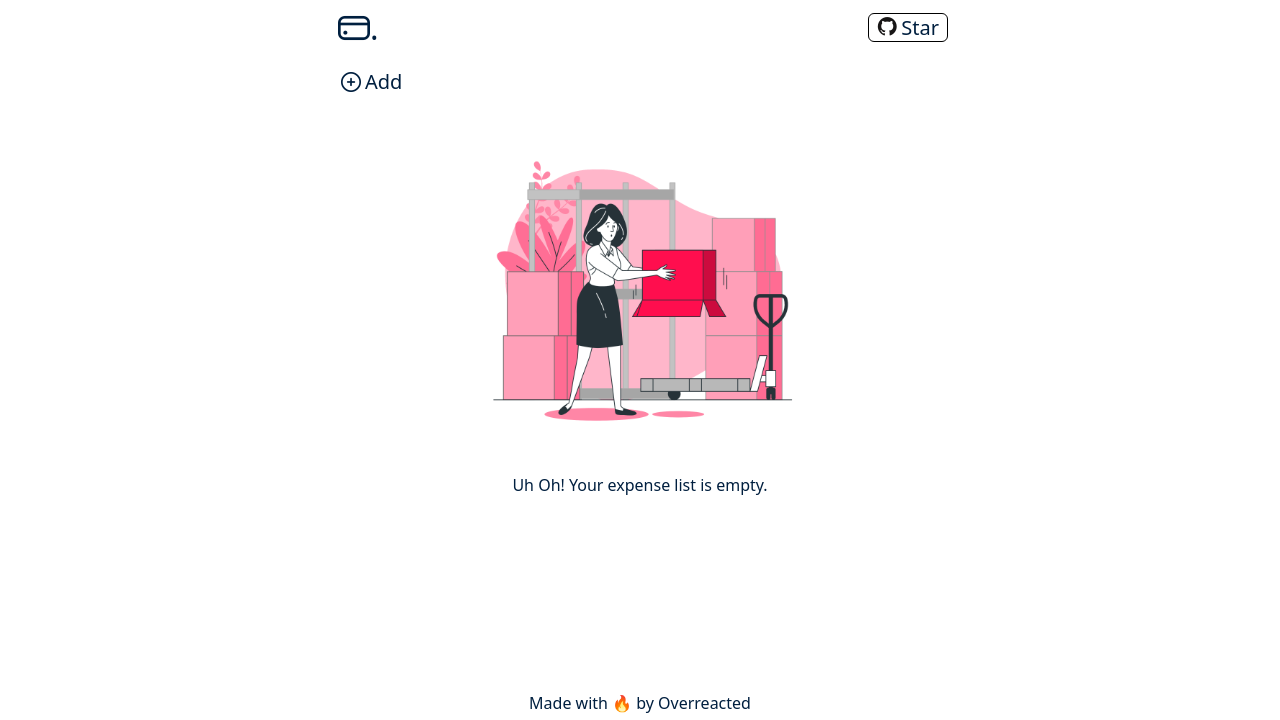
Repository: om1ars/task3
Page: /
An editor plug-in stored every save of this project. The page is shown before and after the next save, followed by the edit.
The browser window is 1280 px wide. The pictures show the whole page.
Some web libraries are served in a nearby version. The project was rebuilt for these pictures with package versions that can differ from the ones it lists, and the page was loaded fresh each time. Also part of the build but not shown: src/constants/add-expense.js, src/components/add-form/add-form.css, src/components/add-form/success-modal.css, src/components/add-form/success-modal.js, src/components/add-form/index.js, src/pages/add-expense/add-expense.css, src/pages/add-expense/index.js, src/components/expense-list/card.css and 1 more.

Above is the page before, as saved 2021-12-18 14:40:17.

### public/index.html
<!DOCTYPE html>
<html lang="en">
  <head>
    <meta charset="utf-8" />
    <link rel="icon" href="%PUBLIC_URL%/favicon.ico" />
    <meta name="viewport" content="width=device-width, initial-scale=1" />
    <meta name="theme-color" content="#000000" />
    <meta name="description" content="SPA to track all your expenses" />
    <link rel="apple-touch-icon" href="%PUBLIC_URL%/logo192.png" />
    <!--
      manifest.json provides metadata used when your web app is installed on a
      user's mobile device or desktop. See https://developers.google.com/web/fundamentals/web-app-manifest/
    -->
    <link rel="manifest" href="%PUBLIC_URL%/manifest.json" />
    <link rel="preconnect" href="https://fonts.googleapis.com" />
    <link rel="preconnect" href="https://fonts.gstatic.com" crossorigin />
    <link
      href="https://fonts.googleapis.com/css2?family=Noto+Sans&display=swap"
      rel="stylesheet"
    />
    <link
      rel="stylesheet"
      href="https://cdn-uicons.flaticon.com/uicons-regular-rounded/css/uicons-regular-rounded.css"
    />
    <link
      rel="stylesheet"
      href="https://cdn.jsdelivr.net/gh/devicons/devicon@v2.12.0/devicon.min.css"
    />
    <title>Xpensr</title>
  </head>
  <body>
    <noscript>You need to enable JavaScript to run this app.</noscript>
    <div id="root"></div>
    <!--
      This HTML file is a template.
      If you open it directly in the browser, you will see an empty page.

      You can add webfonts, meta tags, or analytics to this file.
      The build step will place the bundled scripts into the <body> tag.

      To begin the development, run `npm start` or `yarn start`.
      To create a production bundle, use `npm run build` or `yarn build`.
    -->
  </body>
</html>

### src/index.js
import React from "react";
import ReactDOM from "react-dom";
import "./index.css";
import App from "./App";
import reportWebVitals from "./reportWebVitals";
import { Provider } from "react-redux";
import store from "./redux/store/index";

ReactDOM.render(
  <Provider store={store}>
    <App />
  </Provider>,
  document.getElementById("root")
);

// If you want to start measuring performance in your app, pass a function
// to log results (for example: reportWebVitals(console.log))
// or send to an analytics endpoint. Learn more: https://bit.ly/CRA-vitals
reportWebVitals();

### src/index.css
body {
  margin: 0;
  font-family: "Noto Sans", sans-serif;
  -webkit-font-smoothing: antialiased;
  -moz-osx-font-smoothing: grayscale;
  /* background-color: #71ccca; */
  color: #001f3f;
}
a {
  text-decoration: none;
  color: #001f3f;
}
.button {
  /* background: #71ccca; */
  box-shadow: 20px 20px 60px #60adac, -20px -20px 60px #82ebe8;
}
code {
  font-family: source-code-pro, Menlo, Monaco, Consolas, "Courier New",
    monospace;
}

### src/App.js
import React from "react";
import { BrowserRouter as Router, Route, Switch } from "react-router-dom";
import Footer from "./components/footer";
import Header from "./components/header";
import AddExpense from "./pages/add-expense";
import Home from "./pages/home/index";

const App = () => {
  return (
    <Router>
      <Header />
      <Switch>
        <Route path="/" exact component={Home} />
        <Route path="/add-expense" component={AddExpense} />
      </Switch>
      <Footer />
    </Router>
  );
};

export default App;

### src/redux/store/index.js
import { combineReducers, createStore } from "redux";
import { expenseReducer } from "../reducers/expenses";
const reducer = combineReducers({
  expenses: expenseReducer,
});
const initialState = {};
const store = createStore(reducer, initialState);

export default store;

### src/components/footer/index.js
import React from "react";
import "./footer.css";
const Footer = () => {
  return <footer>Made with 🔥 by Overreacted</footer>;
};

export default Footer;

### src/components/header/index.js
import React from "react";
import "./header.css";
const Header = () => {
  return (
    <div className="header-container">
      <div className="header">
        <div className="header-logo">

          <i class="fi-rr-credit-card" />.
        </div>
        <div className="header-button">
          <a
            href="https://github.com/shuvamk"
            target="_blank"
            rel="noopener noreferrer"
          >
            <i class="devicon-github-original colored" />
            Star
          </a>
        </div>
      </div>
    </div>
  );
};

export default Header;

### src/pages/home/index.js
import React from "react";
import ExpenseList from "../../components/expense-list";
import Footer from "../../components/footer";
import Header from "../../components/header";
import TopFold from "../../components/top-fold";
import "./home.css";
const Home = () => {
  return (
    <div className="home">
      <TopFold />
      <ExpenseList />
    </div>
  );
};

export default Home;

### src/redux/reducers/expenses.js
import {
  ADD_EXPENSE,
  DELETE_EXPENSE,
  SEARCH_EXPENSE,
} from "../action-types/expenses";

const initialList = () => {
  const list = localStorage.getItem("expense-list");
  let expenses = [];
  if (list) {
    expenses = JSON.parse(list);
  }
  return expenses;
};
const initialState = {
  expenseList: initialList(),
  query: "",
};

export const expenseReducer = (state = initialState, action) => {
  switch (action.type) {
    case ADD_EXPENSE: {
      localStorage.setItem(
        "expense-list",
        JSON.stringify([...state.expenseList, action.data])
      );
      return {
        ...state,
        expenseList: [...state.expenseList, action.data],
        query: "",
      };
    }
    case DELETE_EXPENSE: {
      const { data } = action;
      const updatedList = state.expenseList.filter(
        (item) => item.createdAt !== data.createdAt
      );
      localStorage.setItem("expense-list", JSON.stringify(updatedList));
      return {
        ...state,
        expenseList: updatedList,
      };
    }
    case SEARCH_EXPENSE: {
      const { query } = action;
      return {
        ...state,
        query,
      };
    }
    default:
      return {
        ...state,
      };
  }
};

### src/components/footer/footer.css
footer {
  width: 100%;
  position: fixed;
  bottom: 0;
  display: flex;
  justify-content: center;
  align-items: center;
  padding-bottom: 6px;
}

### src/components/header/header.css
.header-container {
  width: 50%;
  margin: auto;
}
.header {
  display: flex;
  justify-content: space-between;
  align-items: center;
  flex: 1;
  margin: 6px 12px;
}
.header-logo {
  display: flex;
  align-items: center;
  font-size: 32px;
  font-weight: 500;
}
.header-logo i {
  display: flex;
  align-items: center;
  margin-left: 6px;
}

.header-button {
  font-size: 20px;
  display: flex;
  justify-content: center;
  align-items: center;
  border: 1px solid black;
  border-radius: 6px;
  padding: 0px 8px;
}
.header-button i {
  margin-right: 4px;
}

@media only screen and (max-width: 1024px) {
  .header-container {
    width: 90%;
  }
  .header-logo {
    font-size: 28px;
  }
  .header-button {
    font-size: 18px;
  }
}

@media only screen and (max-width: 512px) {
  .header-container {
    width: 100%;
  }
  .header-logo {
    font-size: 24px;
  }
  .header-button {
    font-size: 16px;
  }
}

### src/components/top-fold/index.js
import React, { useEffect, useState } from "react";
import { Link, useLocation } from "react-router-dom";
import "./top-fold.css";
import { useDispatch } from "react-redux";
import { searchExpense } from "../../redux/actions/expenses";
const TopFold = () => {
  const [query, setQuery] = useState("");
  const dispatch = useDispatch();
  const handleQuery = (e) => {
    setQuery(e.target.value);
    dispatch(searchExpense(e.target.value));
  };
  return (
    <div className="topfold">
      {window.location.pathname === "/" ? (
        <div className="home-topfold">
          {/* <div className="searchbar">
            <i class="fi-rr-search"></i>
            <input
              placeholder="Search for expenses"
              value={query}
              onChange={(e) => handleQuery(e)}
            />
          </div> */}
          <Link to="/add-expense">
            <div className="add-button">
              <i class="fi-rr-add"></i>
              <label>Add</label>
            </div>
          </Link>
        </div>
      ) : (
        <div className="add-topfold">
          <Link to="/">
            <div className="add-topfold-button">
              <i class="fi-rr-angle-left"></i>
              <label>Back</label>
            </div>
          </Link>
          <Link to="/">
            <div className="add-topfold-button">
              <i class="fi-rr-cross-circle"></i>
              <label>Cancel</label>
            </div>
          </Link>
        </div>
      )}
    </div>
  );
};

export default TopFold;

### src/components/expense-list/index.js
import React, { useEffect, useState } from "react";
import { useSelector } from "react-redux";
import { toast, ToastContainer } from "react-toastify";
import Card from "./card";
import "./expense-list.css";
const ExpenseList = () => {
  const { expenseList: list, query } = useSelector((state) => state.expenses);
  const filteredList = list.filter((item) => item.title.includes(query));

  const notifySuccess = () => toast.success("Expense Deleted!");
  return (
    <div className="expense-list">
      <ToastContainer
        position="bottom-left"
        autoClose={1500}
        hideProgressBar={false}
        newestOnTop={false}
        closeOnClick
      />
      {filteredList.length ? (
        filteredList.map((item) => (
          <Card item={item} notifySuccess={notifySuccess} />
        ))
      ) : (
        <div className="empty-state">
          <img
            src={require("../../assets/images/empty.png").default}
            alt="No Expenses"
            className="empty-image"
          />
          <label>Uh Oh! Your expense list is empty.</label>
        </div>
      )}
    </div>
  );
};

export default ExpenseList;

### src/pages/home/home.css
.home {
  width: 50%;
  margin: auto;
}

@media only screen and (max-width: 1024px) {
  .home {
    width: 90%;
  }
}

@media only screen and (max-width: 512px) {
  .home {
    width: 100%;
  }
}

### src/redux/action-types/expenses.js
export const ADD_EXPENSE = "ADD_EXPENSE";

export const DELETE_EXPENSE = "DELETE_EXPENSE";

export const SEARCH_EXPENSE = "SEARCH_EXPENSE";

### src/redux/actions/expenses.js
import {
  ADD_EXPENSE,
  DELETE_EXPENSE,
  SEARCH_EXPENSE,
} from "../action-types/expenses";

export const addExpense = (data) => {
  return {
    type: ADD_EXPENSE,
    data,
  };
};

export const deleteExpense = (data) => {
  console.log(data, "Action");
  return {
    type: DELETE_EXPENSE,
    data,
  };
};

export const searchExpense = (query) => {
  console.log(query);
  return {
    type: SEARCH_EXPENSE,
    query,
  };
};

### src/components/top-fold/top-fold.css
.topfold {
  display: flex;
  justify-content: space-between;
  margin: 6px 12px;
  padding: 12px 0px;
  align-items: center;
}
.home-topfold {
  display: flex;
  justify-content: space-between;
  flex: 1;
}
.searchbar {
  display: flex;
  align-items: center;
  width: 50%;
  background-color: white;
  border-radius: 12px;
}
.searchbar input {
  width: 80%;
  outline: none;
  padding: 8px 0px;
  border: none;
  margin-left: 6px;
  background-color: white;
}

.searchbar i {
  display: flex;
  align-items: center;
  margin-left: 6px;
}

.add-button {
  display: flex;
  align-items: center;
  border-radius: 4px;
  border: 1px solid white;
  font-size: 20px;
  padding: 0px 8px;
  border-radius: 6px;
  cursor: pointer;
}

.add-button i {
  display: flex;
  align-items: center;
  margin-right: 4px;
}
.add-topfold {
  display: flex;
  justify-content: space-between;
  flex: 1;
}
.add-topfold-button {
  display: flex;
  align-items: center;
  font-size: 18px;
  cursor: pointer;
}
.add-topfold-button i {
  display: flex;
  align-items: center;
  margin-right: 4px;
}

@media only screen and (max-width: 1024px) {
  .add-button {
    font-size: 18px;
  }
  .searchbar {
    width: 70%;
  }
}

@media only screen and (max-width: 512px) {
  .add-button {
    font-size: 16px;
  }
}

### src/components/expense-list/expense-list.css
.expense-list {
  margin: 6px 12px;

  display: flex;
  flex-direction: column;
  flex: 1;
}
.empty-state {
  display: flex;
  justify-content: center;
  align-items: center;
  flex-direction: column;
}
.empty-image {
  height: 360px;
}

@media only screen and (max-width: 1024px) {
  .empty-image {
    height: 320px;
  }
}

@media only screen and (max-width: 512px) {
  .empty-image {
    height: 240px;
  }
}

Loaded but not shown: src/reportWebVitals.js (common file)

After the next save:
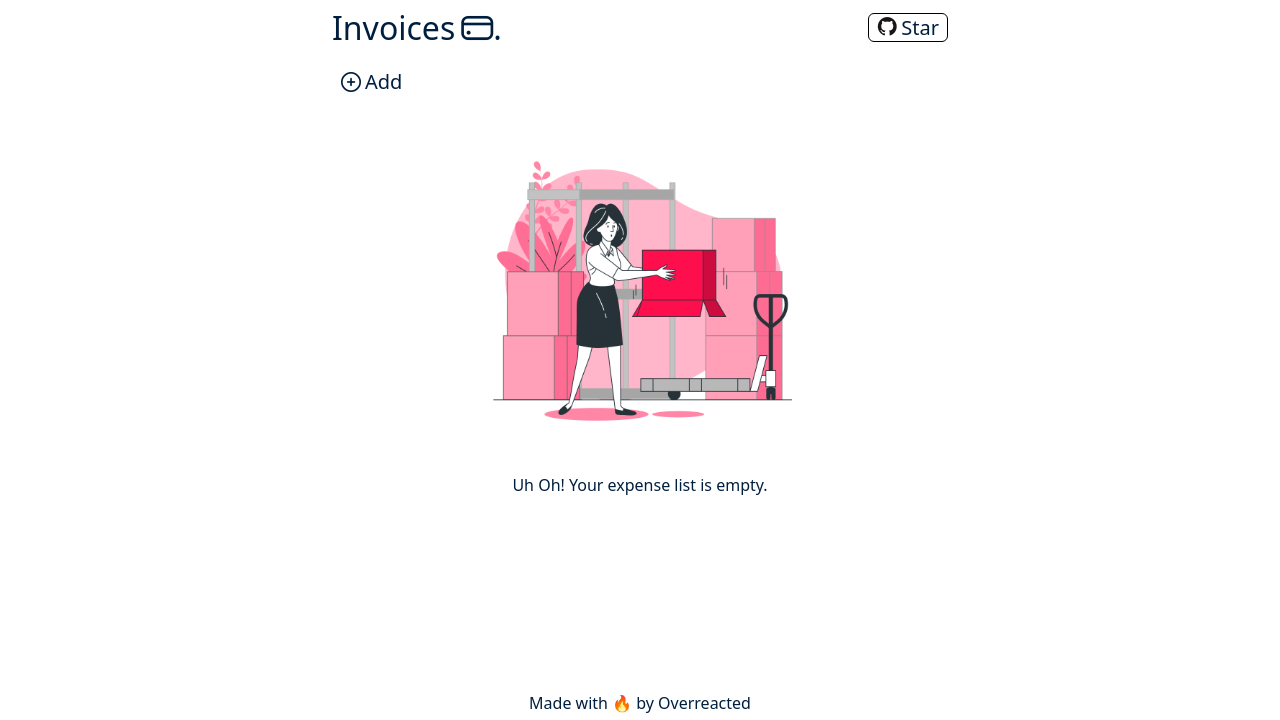
Saved 4 s later.
--- a/src/components/header/index.js
+++ b/src/components/header/index.js
@@ -5,7 +5,7 @@ const Header = () => {
     <div className="header-container">
       <div className="header">
         <div className="header-logo">
-
+          Invoices
           <i class="fi-rr-credit-card" />.
         </div>
         <div className="header-button">
